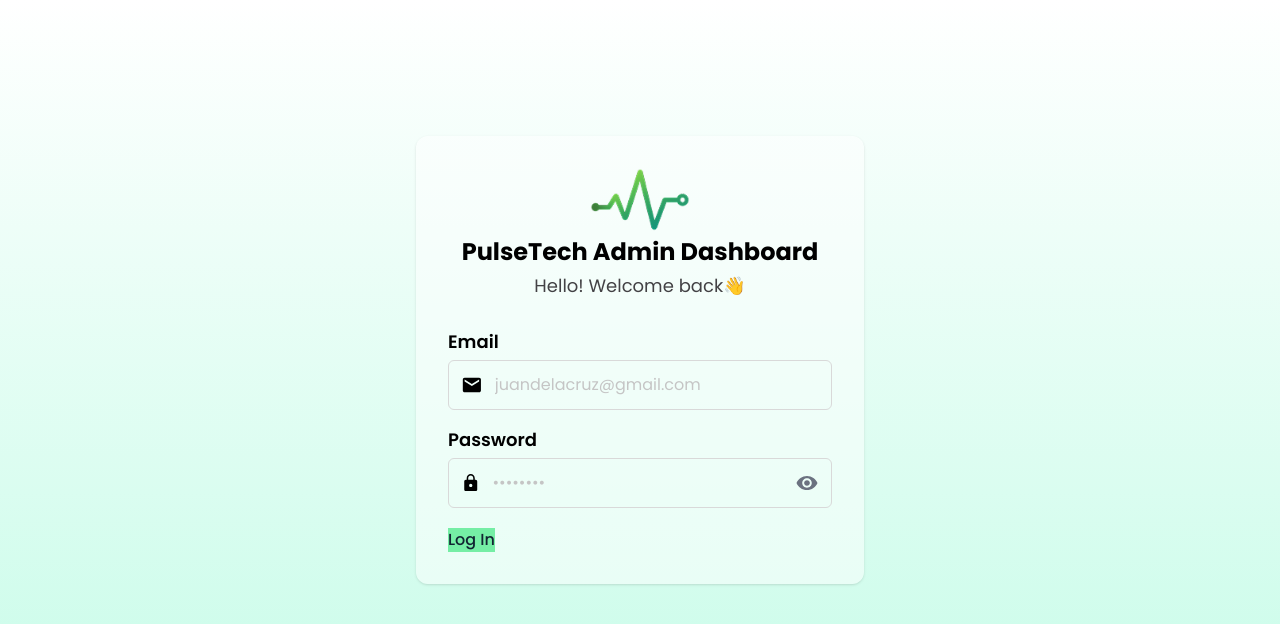
Repository: ShyrineJardin/pulse_admin
Page: /
These files come from the project's save history. The page is drawn as it stood at one moment and after the next save; the edit follows.
The browser window is 1280 px wide. The pictures show the whole page.
The project was rebuilt for these pictures with package versions that can differ from the ones it lists, and the page was loaded fresh each time.

Above is the page before, as saved 2026-03-25 11:29:28.

After the next save:
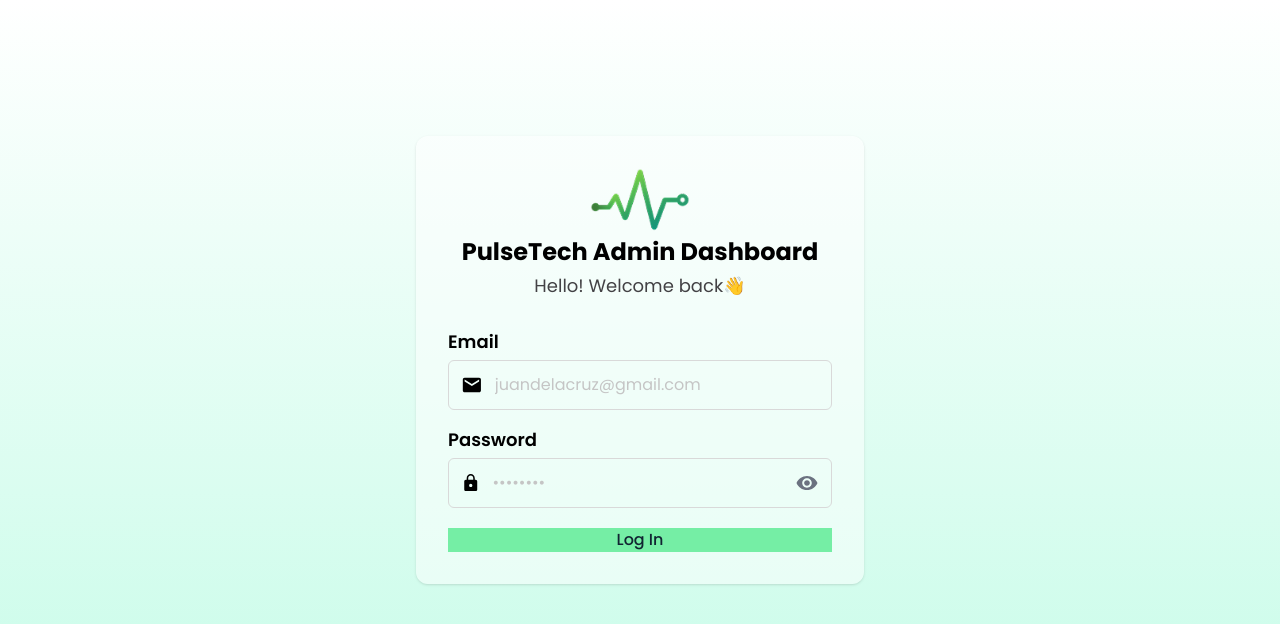
Saved 17 s later.
--- a/src/components/Login.jsx
+++ b/src/components/Login.jsx
@@ -47,7 +47,7 @@ const Login = () => {
 
                 <div className="flex items-center justify-between mt-4">
 
-                    <button className="text-btn-text font-medium bg-primary">Log In</button>
+                    <button className="text-btn-text font-medium bg-primary w-full">Log In</button>
                 </div>
             </div>
 
